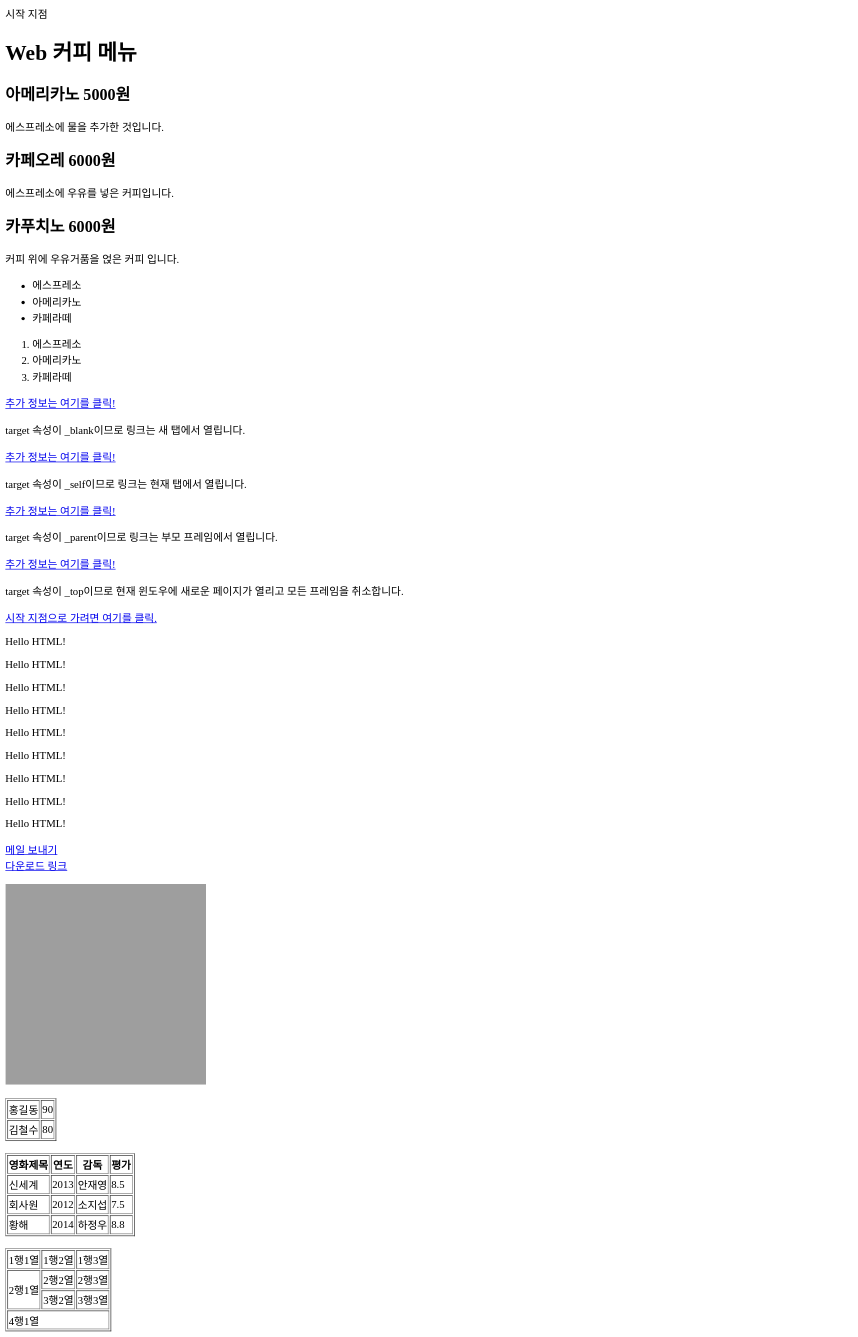
Repository: dhbaek2004/JSPex
Page: http://localhost/UX/UX_01.jsp
The author's editor kept a copy of each file at every save. The page is drawn from the files as they stood at one save, then again after the next save.
The browser window is 1280 px wide. The pictures show the whole page, at 67% of full size.
Pictures or frames that could not be fetched are drawn as grey boxes. The page is served by Tomcat 9.

Above is the page before, as saved 2020-08-25 09:59:41.

After the next save:
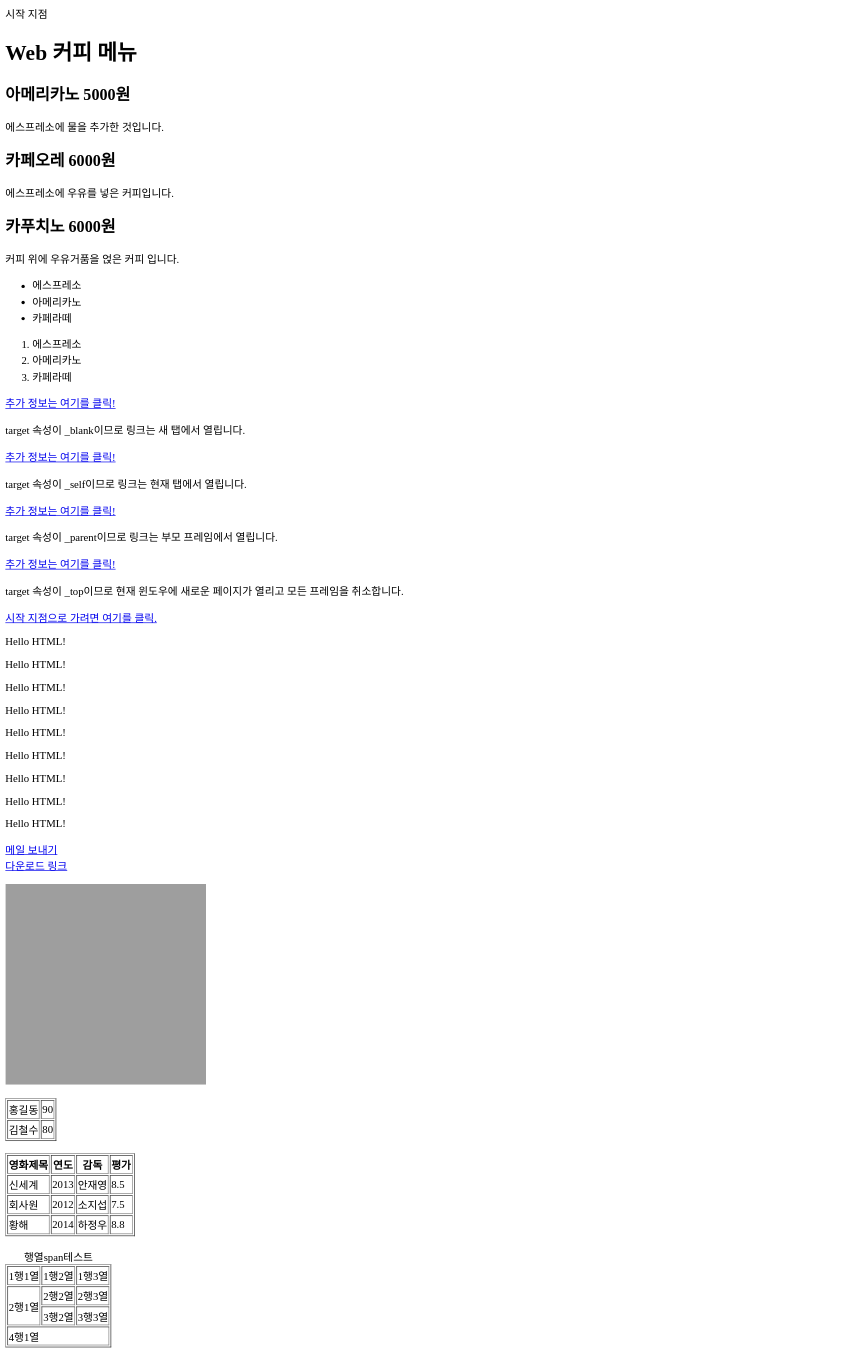
Saved 35 s later.
--- a/Infrearn/UX/UX/WebContent/UX_01.jsp
+++ b/Infrearn/UX/UX/WebContent/UX_01.jsp
@@ -106,6 +106,9 @@
 	<br>
 
 	<table border="1">
+		<caption>
+			행열span테스트
+		</caption>
 		<tr>
 			<td>1행1열</td>
 			<td>1행2열</td>
